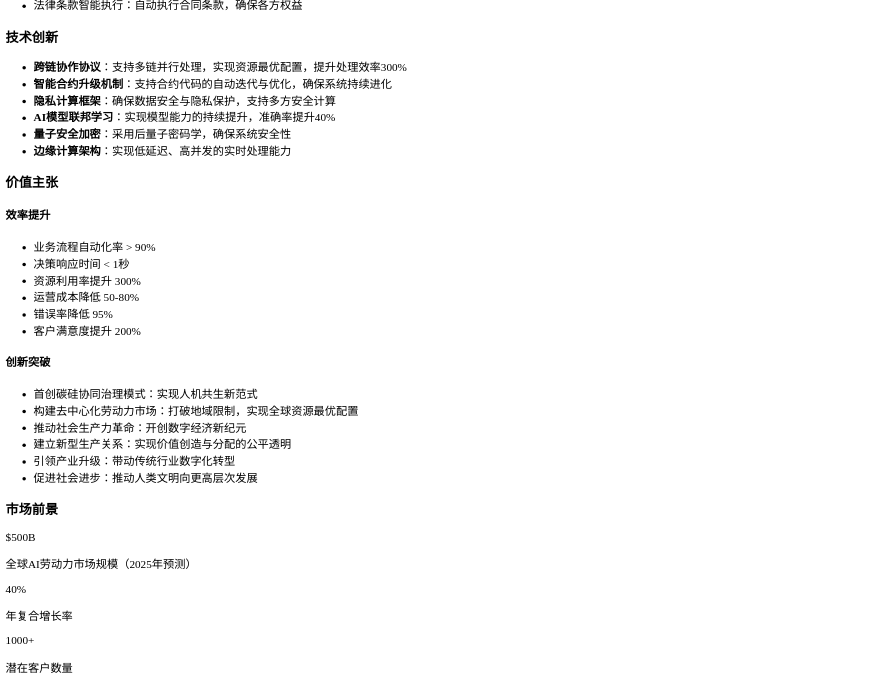
Repository: delez911/ainize
Page: static-site/src/components/overview/overview.html
An editor plug-in stored every save of this project. The page is shown before and after the next save, followed by the edit.
The browser window is 1280 px wide. The pictures show the part of the page from y = 1389 to 3309 px (the page is 2369 px tall before and 3996 px after), at 70% of full size.

Above is the page before, as saved 2025-04-24 02:38:55.

After the next save:
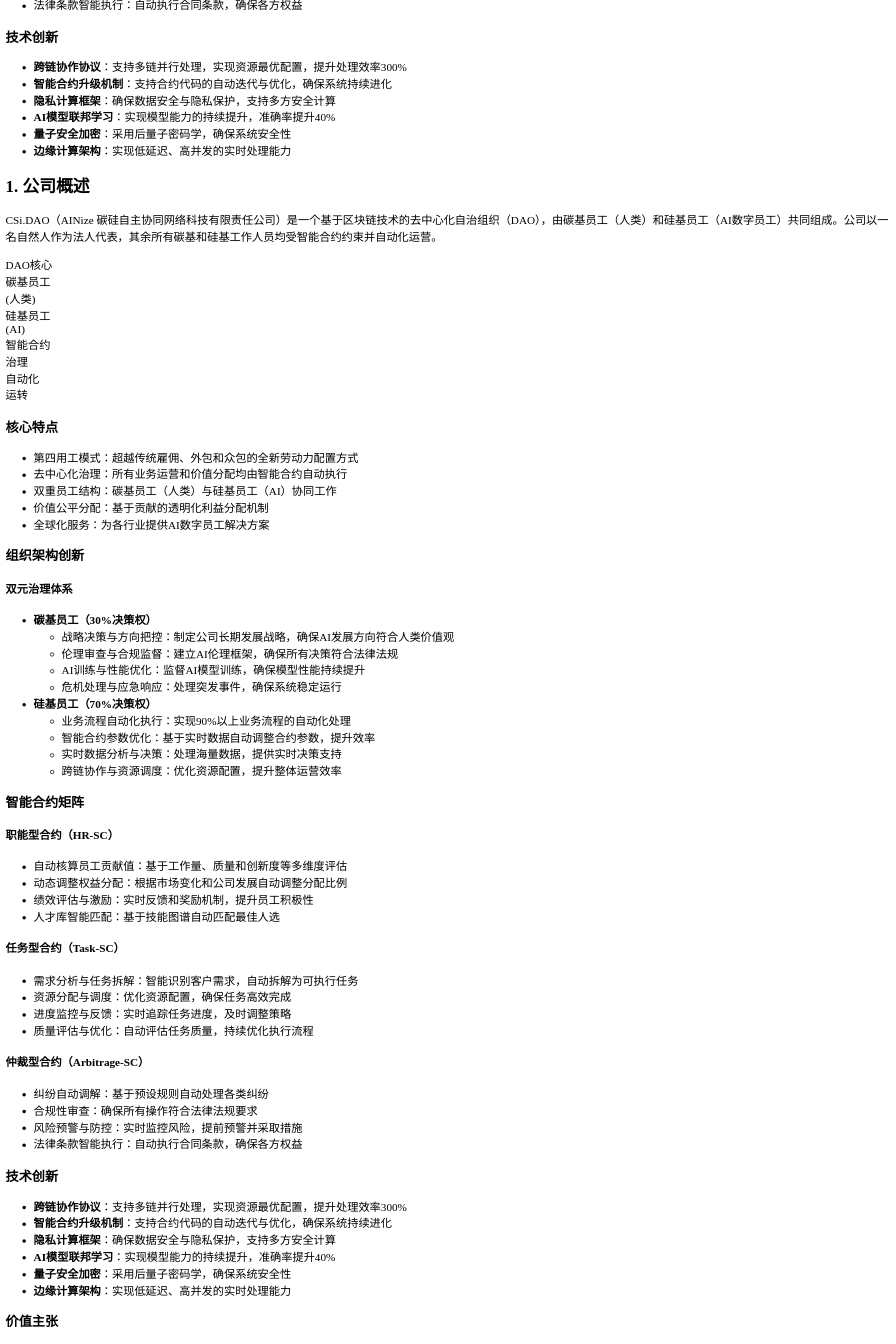
Saved 3 min 14 s later.
--- a/static-site/src/components/overview/overview.html
+++ b/static-site/src/components/overview/overview.html
@@ -88,6 +88,99 @@
           <li><strong>边缘计算架构</strong>：实现低延迟、高并发的实时处理能力</li>
         </ul>
       </div>
+    </div>
+  </div>
+</section>
+<section id="overview" class="section">
+  <div class="section-container">
+    <h2 class="section-title">1. 公司概述</h2>
+    <div class="content">
+      <p>CSi.DAO（AINize 碳硅自主协同网络科技有限责任公司）是一个基于区块链技术的去中心化自治组织（DAO），由碳基员工（人类）和硅基员工（AI数字员工）共同组成。公司以一名自然人作为法人代表，其余所有碳基和硅基工作人员均受智能合约约束并自动化运营。</p>
+
+      <div class="dao-diagram">
+        <div class="dao-circle">DAO核心</div>
+        <div class="dao-connections">
+          <div class="dao-node carbon">碳基员工<br>(人类)</div>
+          <div class="dao-node silicon">硅基员工<br>(AI)</div>
+          <div class="dao-node">智能合约<br>治理</div>
+          <div class="dao-node">自动化<br>运转</div>
+        </div>
+      </div>
+
+      <h3>核心特点</h3>
+      <ul>
+        <li>第四用工模式：超越传统雇佣、外包和众包的全新劳动力配置方式</li>
+        <li>去中心化治理：所有业务运营和价值分配均由智能合约自动执行</li>
+        <li>双重员工结构：碳基员工（人类）与硅基员工（AI）协同工作</li>
+        <li>价值公平分配：基于贡献的透明化利益分配机制</li>
+        <li>全球化服务：为各行业提供AI数字员工解决方案</li>
+      </ul>
+
+      <h3>组织架构创新</h3>
+      <div class="highlight">
+        <h4>双元治理体系</h4>
+        <ul>
+          <li><strong>碳基员工（30%决策权）</strong>
+            <ul>
+              <li>战略决策与方向把控：制定公司长期发展战略，确保AI发展方向符合人类价值观</li>
+              <li>伦理审查与合规监督：建立AI伦理框架，确保所有决策符合法律法规</li>
+              <li>AI训练与性能优化：监督AI模型训练，确保模型性能持续提升</li>
+              <li>危机处理与应急响应：处理突发事件，确保系统稳定运行</li>
+            </ul>
+          </li>
+          <li><strong>硅基员工（70%决策权）</strong>
+            <ul>
+              <li>业务流程自动化执行：实现90%以上业务流程的自动化处理</li>
+              <li>智能合约参数优化：基于实时数据自动调整合约参数，提升效率</li>
+              <li>实时数据分析与决策：处理海量数据，提供实时决策支持</li>
+              <li>跨链协作与资源调度：优化资源配置，提升整体运营效率</li>
+            </ul>
+          </li>
+        </ul>
+      </div>
+
+      <h3>智能合约矩阵</h3>
+      <div class="card-container">
+        <div class="card">
+          <h4>职能型合约（HR-SC）</h4>
+          <ul>
+            <li>自动核算员工贡献值：基于工作量、质量和创新度等多维度评估</li>
+            <li>动态调整权益分配：根据市场变化和公司发展自动调整分配比例</li>
+            <li>绩效评估与激励：实时反馈和奖励机制，提升员工积极性</li>
+            <li>人才库智能匹配：基于技能图谱自动匹配最佳人选</li>
+          </ul>
+        </div>
+        <div class="card">
+          <h4>任务型合约（Task-SC）</h4>
+          <ul>
+            <li>需求分析与任务拆解：智能识别客户需求，自动拆解为可执行任务</li>
+            <li>资源分配与调度：优化资源配置，确保任务高效完成</li>
+            <li>进度监控与反馈：实时追踪任务进度，及时调整策略</li>
+            <li>质量评估与优化：自动评估任务质量，持续优化执行流程</li>
+          </ul>
+        </div>
+        <div class="card">
+          <h4>仲裁型合约（Arbitrage-SC）</h4>
+          <ul>
+            <li>纠纷自动调解：基于预设规则自动处理各类纠纷</li>
+            <li>合规性审查：确保所有操作符合法律法规要求</li>
+            <li>风险预警与防控：实时监控风险，提前预警并采取措施</li>
+            <li>法律条款智能执行：自动执行合同条款，确保各方权益</li>
+          </ul>
+        </div>
+      </div>
+
+      <h3>技术创新</h3>
+      <div class="highlight">
+        <ul>
+          <li><strong>跨链协作协议</strong>：支持多链并行处理，实现资源最优配置，提升处理效率300%</li>
+          <li><strong>智能合约升级机制</strong>：支持合约代码的自动迭代与优化，确保系统持续进化</li>
+          <li><strong>隐私计算框架</strong>：确保数据安全与隐私保护，支持多方安全计算</li>
+          <li><strong>AI模型联邦学习</strong>：实现模型能力的持续提升，准确率提升40%</li>
+          <li><strong>量子安全加密</strong>：采用后量子密码学，确保系统安全性</li>
+          <li><strong>边缘计算架构</strong>：实现低延迟、高并发的实时处理能力</li>
+        </ul>
+      </div>
 
       <h3>价值主张</h3>
       <div class="mission-vision">
